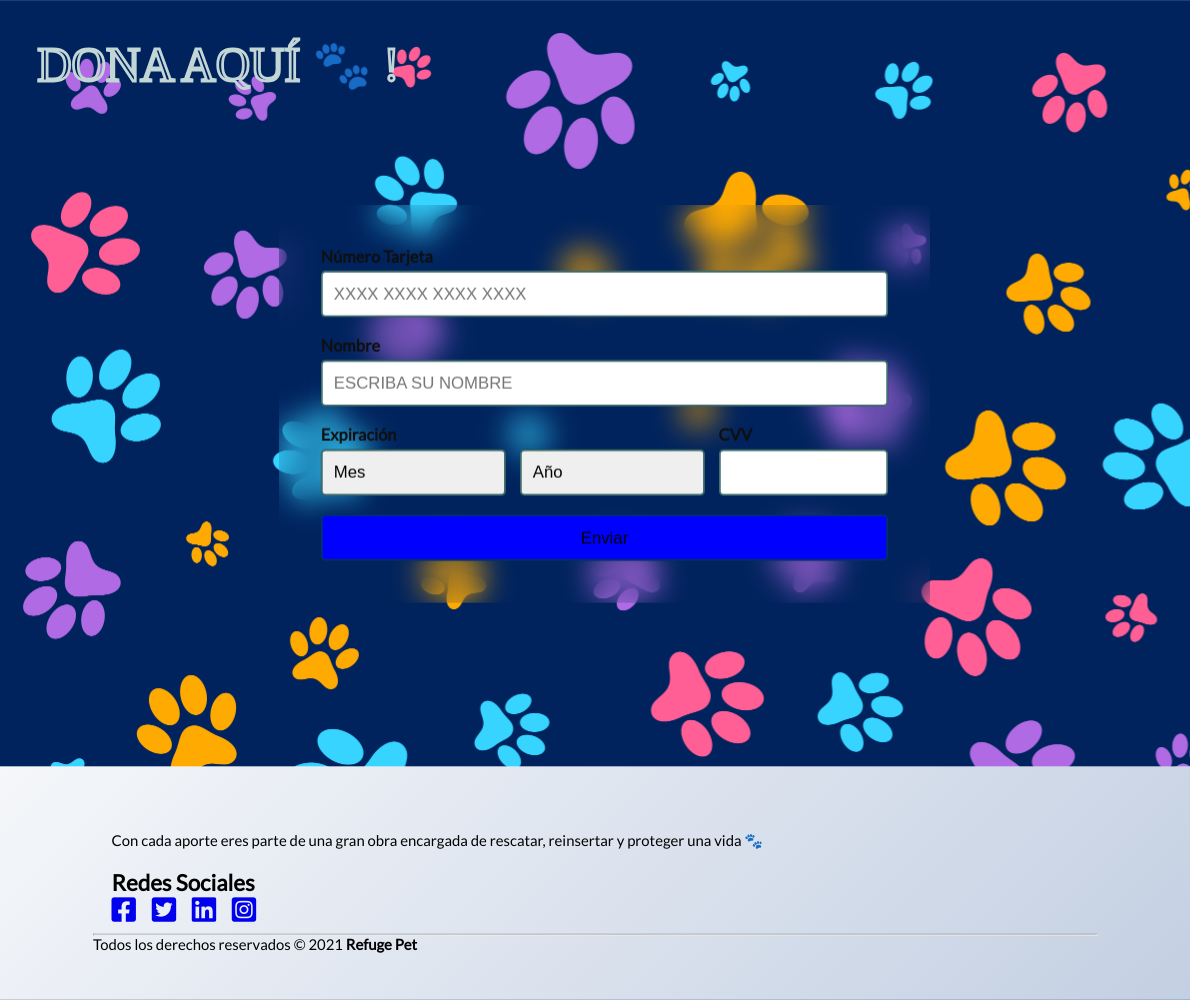
Repository: andreasvidal/SCL019-card-validation
Page: src/views/cardvalidation.html
The author's editor kept a copy of each file at every save. The page is drawn from the files as they stood at one save, then again after the next save.
The browser window is 1280 px wide. The pictures show the whole page, at 93% of full size.
The pointer rests on the first visible `.btn-send`.
Some web fonts or font styles are not loaded; a fallback is used. Some web libraries are served in a nearby version.

Above is the page before, as saved 2022-04-13 09:48:02.

### src/views/cardvalidation.html
<!DOCTYPE html>
<html lang="en">

<head>
    <meta charset="UTF-8" />
    <meta http-equiv="X-UA-Compatible" content="IE=edge" />
    <meta name="viewport" content="width=device-width, initial-scale=1.0" />
    <link rel="preconnect" href="https://fonts.googleapis.com" />
    <link rel="preconnect" href="https://fonts.gstatic.com" crossorigin />
    <link href="https://fonts.googleapis.com/css2?family=Lato:ital,wght@0,400;1,700&display=swap" rel="stylesheet" />
    <link rel="preconnect" href="https://fonts.googleapis.com" />
    <link rel="preconnect" href="https://fonts.gstatic.com" crossorigin />
    <link href="https://fonts.googleapis.com/css2?family=Hurricane&family=Lato:ital,wght@1,700&display=swap" rel="stylesheet" />
    <link rel="stylesheet" href="https://use.fontawesome.com/releases/v5.8.1/css/all.css" integrity="sha384-50oBUHEmvpQ+1lW4y57PTFmhCaXp0ML5d60M1M7uH2+nqUivzIebhndOJK28anvf" crossorigin="anonymous" />
    <link rel="stylesheet" href="../css/formstyle.css" />
    <link rel="stylesheet" href="../css/style.css" />
    <title>Formulario</title>
</head>

<!--contenido principal formulario-->

<body>
    <div class="subtitle">
        <p class="subtitle">DONA AQUÍ 🐾 !</p>
    </div>
    <form id="formValidation" class="form-validation">
        <div class="bg-blur">
            <div class="data-card" id="dataForm">
                <label for="inputNumber">Número Tarjeta</label>
                <input type="text" id="inputNumber" name="number" maxlength="16" autocomplete="off" pattern="[0-9]+" placeholder="XXXX XXXX XXXX XXXX" required />
                <h5 id="print"></h5>
            </div>
            <div class="data-card">
                <label for="inputNameUser">Nombre </label>
                <input type="text" id="inputNameUser" name="nameUser" placeholder="Escriba su nombre" required />
                <h5 id="print"></h5>
            </div>
            <!--datos expiración tarjeta-->
            <div class="flexbox">
                <div class="data-card expider-date">
                    <label for="monthSelect">Expiración</label>
                    <div class="flexbox">
                        <div class="data-card-select">
                            <select name="monthSelect" id="monthSelect" required>
                <option disabled selected>Mes</option>
                <option value="1">1</option>
                <option value="2">2</option>
                <option value="3">3</option>
                <option value="4">4</option>
                <option value="5">5</option>
                <option value="6">6</option>
                <option value="7">7</option>
                <option value="8">8</option>
                <option value="9">9</option>
                <option value="10">10</option>
                <option value="11">11</option>
                <option value="12">12</option>
              </select>
                        </div>
                        <div class="data-card-select">
                            <select name="yearSelect" id="yearSelect" required>
                <option disabled selected>Año</option>
                <option value="2">2014</option>
                <option value="5">2015</option>
                <option value="6">2016</option>
                <option value="7">2017</option>
                <option value="8">2018</option>
                <option value="9">2019</option>
                <option value="10">2020</option>
                <option value="11">2021</option>
                <option value="12">2022</option>
              </select>
                        </div>
                    </div>
                </div>
                <div class="data-card ccv">
                    <label for="inputCcv">CVV</label>
                    <input type="text" id="inputCcv" name="inputCcv" maxlength="3" required />
                </div>
            </div>
            <button type="submit" value="sendForm" class="btn-send" id="sendForm">
        Enviar
      </button>
        </div>
    </form>
    <footer>
        <div class="container__footer">
            <div class="box__footer">
                <div class="terms">
                    <p>
                        Con cada aporte eres parte de una gran obra encargada de rescatar, reinsertar y proteger una vida 🐾
                    </p>
                </div>
            </div>
            <div class="box__footer">
                <h2>Redes Sociales</h2>
                <a href="#"> <i class="fab fa-facebook-square"></i></a>
                <a href="#"><i class="fab fa-twitter-square"></i></a>
                <a href="#"><i class="fab fa-linkedin"></i></a>
                <a href="#"><i class="fab fa-instagram-square"></i></a>
            </div>
        </div>
        <div class="box__copyright">
            <hr />
            <p>Todos los derechos reservados © 2021 <b>Refuge Pet</b></p>
        </div>
    </footer>
    <!-- jQuery-->
    <script src="https://ajax.googleapis.com/ajax/libs/jquery/3.6.0/jquery.min.js"></script>
    <!--materialize -->
    <!--JS-->
    <script src="../js/index.js" type="module"></script>
</body>

</html>

### src/css/formstyle.css
* {
    padding: 0;
    margin: 0;
    box-sizing: border-box;
}

body {
    font-family: 'Lato', 'sans-serif';
    background-image: url(../assets/img/fondopatas.jpg);
    background-size: cover;
    background-repeat: no-repeat;
}


/*estilos formulario validacion*/

.form-validation {
    color: beige;
    width: 100%;
    max-width: 700px;
    margin-left: 300px;
    border-radius: 10px;
    position: relative;
    top: 80px;
    z-index: 1;
}

.bg-blur {
    backdrop-filter: blur(1rem);
    width: 100%;
    padding: 45px;
}

.form-validation label {
    display: block;
    color: rgb(15, 15, 15);
    margin-bottom: 5px;
    font-size: 1.1rem;
    font-weight: 700;
}

.form-validation input,
.form-validation select,
.btn-send {
    border: 2px solid rgba(4, 63, 63, 0.753);
    font-size: 18px;
    height: 50px;
    width: 100%;
    padding: 5px 12px;
    border-radius: 5px;
}

.form-validation input:hover,
.form-validation select:hover {
    border: 2px solid rgb(23, 24, 24);
}

.form-validation input:focus,
.form-validation select:focus {
    outline: rgb(173, 182, 182);
    box-shadow: 0 8px 8px 0 rgba(32, 38, 46, 0.3);
}

.form-validation input {
    margin-bottom: 20px;
    text-transform: uppercase;
}

.form-validation .flexbox {
    display: flex;
    justify-content: space-between;
}

.form-validation .expider-date {
    width: 100%;
}

.form-validation .ccv {
    min-width: 10px;
}

.form-validation .data-card-select {
    width: 100%;
    margin-right: 15px;
    position: relative;
}

.form-validation select {
    -webkit-appearance: none;
}


/*backgrond btn enviar*/

.btn-send {
    background: rgba(4, 63, 63, 0.753);
    ;
}

.btn-send:hover {
    background-color: blue;
    cursor: pointer;
}

#print {
    color: rgb(38, 41, 41);
    font-size: 16px;
}


/*footer*/

.terms {
    height: 30px;
    margin-bottom: 50px;
}

footer {
    width: 100%;
    padding: 50px 100px;
    margin-top: 20%;
    background-size: cover;
    /*background: rgb(58, 89, 180);*/
    background-image: linear-gradient(135deg, #f5f7fa 0%, #c3cfe2 100%);
}

.box__footer {
    padding: 20px;
    height: 10px;
}

.fab {
    padding-right: 40px;
    width: 20px;
    height: 20px;
    font-size: 30px;
}

.box__copyright {
    padding-top: 50px;
}

### src/css/style.css
 * {
     padding: 0;
     margin: 0;
     box-sizing: border-box;
 }

 body {
     font-family: 'Lato', 'sans-serif';
     background-image: url(../assets/img/fondopatas.jpg);
 }
 /*estilo titulo*/

 .title-h1 {
     font-family: 'Raleway', sans-serif;
     text-decoration: underline overline wavy rgba(183, 0, 255, 0.514);
     padding: 40px 100px;
     color: rgb(74, 80, 80);
     display: flex;
     flex-direction: column;
     align-items: center;
     box-shadow: 0 10px 10px 0 rgba(90, 116, 148, 0.3);
     background-image: linear-gradient(135deg, #f5f7fa 0%, #c3cfe2 100%);
     font-size: 8vw;
 }

 .subtitle {
     font-family: 'Shadows Into Light', cursive;
     padding: 20px 20px;
     color: rgb(74, 80, 80);
     font-size: 4vw;
     -webkit-text-fill-color: transparent;
     -webkit-text-stroke: 3px rgb(195, 214, 214);
 }

 .img-banner {
     display: flex;
     height: 500px;
     z-index: -1;
     flex-direction: row;
     margin-left: 50px;
     align-items: center;
     margin-bottom: -50px;
     border-radius: 15px;
 }
 /*contenedor tarjeta*/

 .container {
     width: 90%;
     max-width: 1000px;
     padding: 20px 60px;
     margin: auto;
     display: flex;
     /* deja los elementos en forma de columna*/
     flex-direction: column;
     /*align-items no sirve para centrar de forma vertical (se utiliza justify), se utiliza al cambiar la dirección con flex-direction*/
     align-items: center;
 }
 /*estilo tarjeta*/

 .card {
     padding-top: 30px;
     width: 100%;
     max-width: 550px;
     position: relative;
     color: rgb(37, 36, 36);
     cursor: pointer;
 }

 .card>div {
     padding: 30px;
     border-radius: 15px;
     min-height: 315px;
     display: flex;
     flex-direction: column;
     justify-content: space-between;
     box-shadow: 0 10px 10px 0 rgba(90, 116, 148, 0.822);
 }

 .style-card {
     width: 100%;
     background: url(../assets/img/background-card/bg-img-2.jpg);
     background-size: cover;
 }
 /*para mantener el espeacio de la imagen logo (contenedor vacio)*/

 .style-card .logo-card {
     text-align: right;
     min-height: 50px;
 }

 .style-card .logo-card img {
     width: 100%;
     height: 100%;
     object-fit: cover;
     max-width: 80px;
 }

 .style-card .chip-card {
     width: 100%;
     max-width: 50px;
     margin-bottom: 20px;
 }

 .style-card .form-group .card-label {
     font-size: 16px;
     color: rgb(115, 131, 131);
     margin-bottom: 5px;
 }

 .style-card .card-group .number-card,
 .style-card .card-group .name-card,
 .style-card .card-group .expider {
     /*color: rgb(74, 80, 80);*/
     font-size: 22px;
     text-transform: uppercase;
 }

 .style-card .flexbox {
     display: flex;
     justify-content: space-between;
     margin-top: 20px;
 }
 /*btn abrir formulario*/

 .btn-open {
     color: rgb(195, 214, 214);
     box-shadow: 0 10px 10px 0 rgba(90, 116, 148, 0.3);
     background: rgba(183, 0, 255, 0.514);
     width: 50px;
     height: 50px;
     margin-top: -10px;
     border-radius: 100%;
     z-index: 2;
 }

 .btn-open:hover {
     opacity: 0.50;
     -moz-opacity: .50;
     filter: alpha (opacity=50);
 }

 .btn-open {
     text-decoration: none;
     padding-top: 15px;
     text-align: center;
 }
 /*footer*/

 .terms {
     height: 30px;
     margin-bottom: 50px;
 }

 footer {
     width: 100%;
     padding: 50px 100px;
     margin-top: 20%;
     background-size: cover;
     /*background: rgb(58, 89, 180);*/
     background-image: linear-gradient(135deg, #f5f7fa 0%, #c3cfe2 100%);
     box-shadow: 0 10px 10px 0 rgba(90, 116, 148, 0.3);
 }

 .box__footer {
     padding: 20px;
     height: 10px;
 }

 .fab {
     padding-right: 40px;
     width: 20px;
     height: 20px;
     font-size: 30px;
 }

 .box__copyright {
     padding-top: 50px;
 }

### src/js/index.js
/*import validator from '../js/validator.js';

//Llamando al DOM

const btnForm = document.getElementById("sendForm");
const form = document.getElementById("#formValidation");
btnForm.addEventListener('click', function(e) {
    e.preventDefault();
    let creditCardNumber = document.getElementById('inputNumber').value;
    let maskified = validator.maskify(creditCardNumber);
    if (creditCardNumber === "") {
        return document.getElementById("print").innerHTML = "Reingrese su número de tarjeta sin espacios ni carácteres especiales";
    } else {
        return document.getElementById("print").innerHTML = "Tu tarjeta N° " + maskified + " es válida";
    }
})


// inputName solo letras, inputCcv y inputNumber  solo numeros
let inputNumber = document.getElementById('inputNumber');
let inputName = document.getElementById('inputNameUser');
let inputCcv = document.getElementById('inputCcv');

const onlyNum = /[^0-9]/g;
const onlypLet = /[^a-zA-ZÑñáéíóúÁÉÍÓÚ\s]*$/g;
inputNumber.addEventListener('input', function() {
    inputNumber.value = inputNumber.value.replace(onlyNum, '');
});
inputName.addEventListener('input', function() {
    inputName.value = inputName.value.replace(onlypLet, '');
});
inputCcv.addEventListener('input', function() {
    inputCcv.value = inputCcv.value.replace(onlyNum, '');
});

// mes y años
for (let i = 1; i <= 12; i++) {
    let optionDate = document.createElement('option');
    optionDate.value = i;
    optionDate.innerText = i;
    form.monthSelect.appendChild(optionDate);
}

// * Select del año generado dinamicamente.
const yearActual = new Date().getFullYear();
for (let i = yearActual; i <= yearActual + 8; i++) {
    let optionDate = document.createElement('option');
    optionDate.value = i;
    optionDate.innerText = i;
    optionDate.selectYear.appendChild(optionDate);
}*/

After the next save:
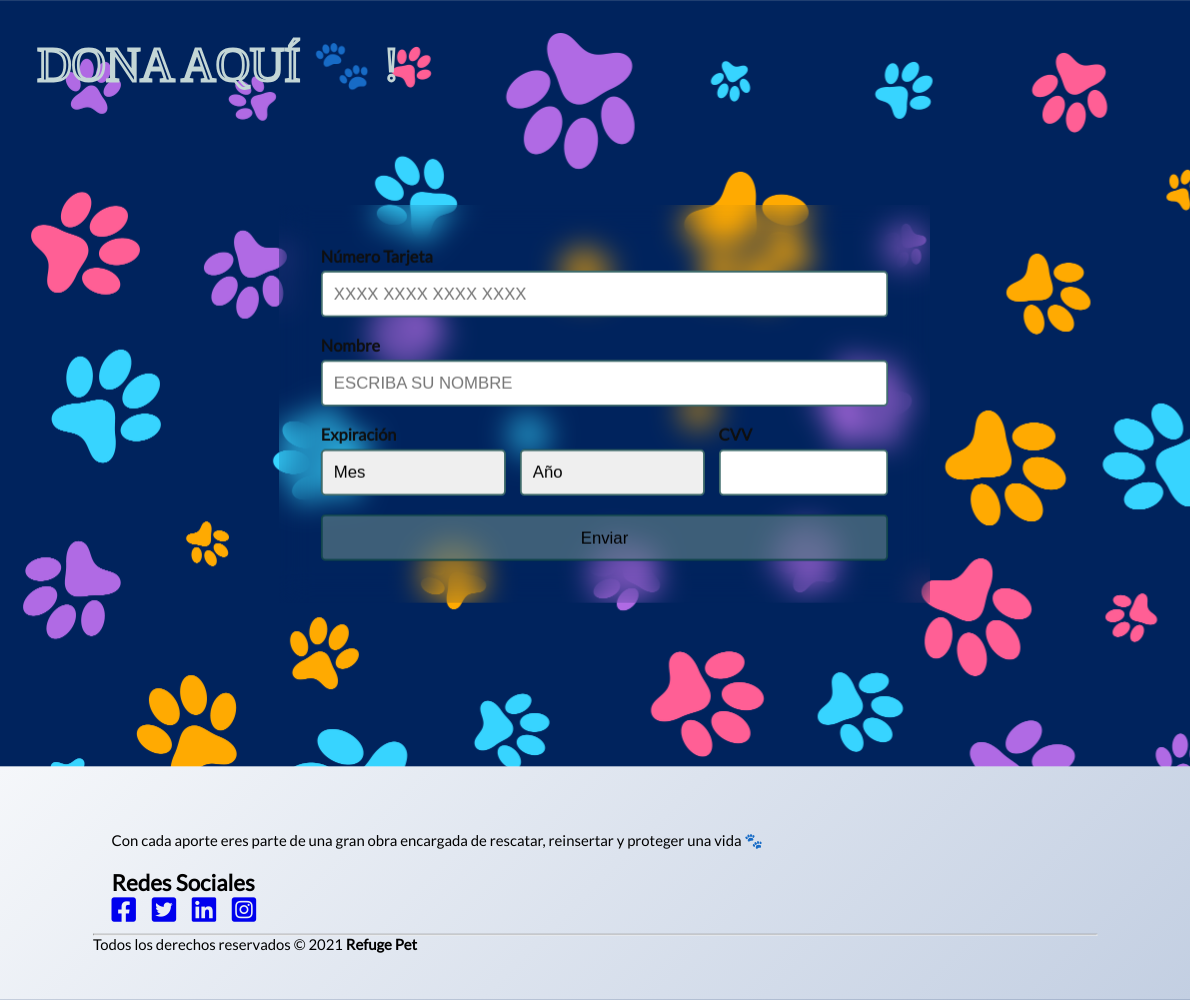
Saved 2 min 23 s later.
--- a/src/css/formstyle.css
+++ b/src/css/formstyle.css
@@ -98,7 +98,7 @@ body {
 }
 
 .btn-send:hover {
-    background-color: blue;
+    background-color: rgba(94, 126, 136, 0.651);
     cursor: pointer;
 }
 
